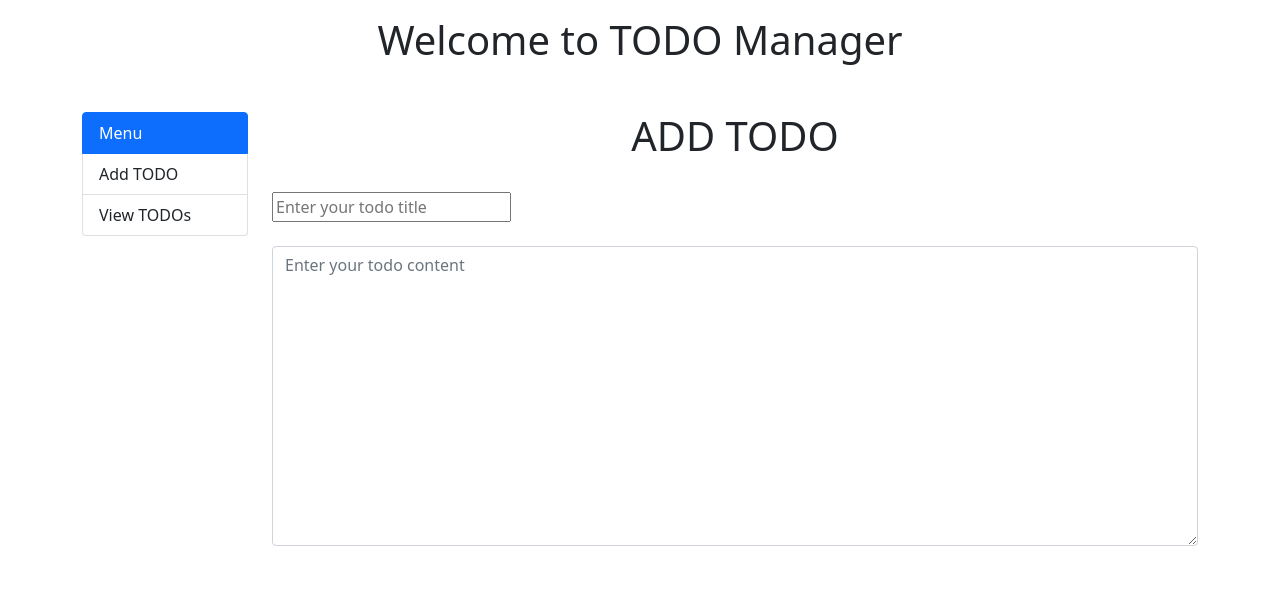
Repository: Tanmoy4672/Hibernate
Page: http://localhost/SpringMVCProject/add
An editor plug-in stored every save of this project. The page is shown before and after the next save, followed by the edit.
The browser window is 1280 px wide. The pictures show the whole page.
The page is served by Tomcat 9. Other server files are loaded and not shown.

Above is the page before, as saved 2021-12-20 00:13:03.

### SpringMVCProject/src/main/webapp/WEB-INF/pages/home.jsp
<%@ page language="java" contentType="text/html; charset=ISO-8859-1"
	pageEncoding="ISO-8859-1"%>

<%@ taglib prefix="form" uri="http://www.springframework.org/tags/form"%>
<%@ taglib uri="http://java.sun.com/jsp/jstl/core" prefix="c"%>
<%@page isELIgnored="false"%>
<!doctype html>
<html lang="en">
<head>
<!-- Required meta tags -->
<meta charset="utf-8">
<meta name="viewport" content="width=device-width, initial-scale=1">

<!-- Bootstrap CSS -->
<link
	href="https://cdn.jsdelivr.net/npm/bootstrap@5.0.2/dist/css/bootstrap.min.css"
	rel="stylesheet"
	integrity="sha384-EVSTQN3/azprG1Anm3QDgpJLIm9Nao0Yz1ztcQTwFspd3yD65VohhpuuCOmLASjC"
	crossorigin="anonymous">

<title><c:out value="${page }"></c:out></title>
</head>
<body>
	<div class="container mt-3">
		<h1 class="text-center">Welcome to TODO Manager</h1>
		<div class="row mt-5">

			<div class="col-md-2">
				<div class="list-group">
					<button type="button"
						class="list-group-item list-group-item-action active"
						aria-current="true">Menu</button>
					<a href="<c:url value='/add'></c:url>"
						class="list-group-item list-group-item-action">Add TODO</a> <a
						href="<c:url value='/home'></c:url>"
						class="list-group-item list-group-item-action">View TODOs</a>
				</div>
			</div>
			<div class="col-md-10">
				<c:if test="${page=='home' }">
					<h1 class="text-center">All TODOS</h1>
				</c:if>
				<c:if test="${page=='add' }">
					<h1 class="text-center">ADD TODO</h1>
					<br>
					<form:form action="/saveTodo" method="POST" modelAttribute="todo">
						<div class="form-group">
							<form:input path="todoTitle" cssClass="from-control"
								placeholder="Enter your todo title" />
						</div>
						<br>
						<div class="form-group">
							<form:textarea path="todoContent" cssClass="form-control"
								cssStyle="height:300px;" placeholder="Enter your todo content" />
						</div>
					</form:form>
				</c:if>


			</div>
		</div>
	</div>


















	<!-- Optional JavaScript; choose one of the two! -->

	<!-- Option 1: Bootstrap Bundle with Popper -->
	<script
		src="https://cdn.jsdelivr.net/npm/bootstrap@5.0.2/dist/js/bootstrap.bundle.min.js"
		integrity="sha384-MrcW6ZMFYlzcLA8Nl+NtUVF0sA7MsXsP1UyJoMp4YLEuNSfAP+JcXn/tWtIaxVXM"
		crossorigin="anonymous"></script>

	<!-- Option 2: Separate Popper and Bootstrap JS -->

	<script
		src="https://cdn.jsdelivr.net/npm/@popperjs/core@2.9.2/dist/umd/popper.min.js"
		integrity="sha384-IQsoLXl5PILFhosVNubq5LC7Qb9DXgDA9i+tQ8Zj3iwWAwPtgFTxbJ8NT4GN1R8p"
		crossorigin="anonymous"></script>
	<script
		src="https://cdn.jsdelivr.net/npm/bootstrap@5.0.2/dist/js/bootstrap.min.js"
		integrity="sha384-cVKIPhGWiC2Al4u+LWgxfKTRIcfu0JTxR+EQDz/bgldoEyl4H0zUF0QKbrJ0EcQF"
		crossorigin="anonymous"></script>

</body>
</html>

### SpringMVCProject/src/main/java/com/entities/Todo.java
package com.entities;

import java.util.Date;

public class Todo {

	private String todoTitle;
	private String todoContent;
	private Date todoDate;


	public Todo(String todoTitle, String todoContent, Date todoDate) {
		super();
		this.todoTitle = todoTitle;
		this.todoContent = todoContent;
		this.todoDate = todoDate;
	}




	public Todo() {
		super();
		// TODO Auto-generated constructor stub
	}




	public String getTodoTitle() {
		return todoTitle;
	}


	public void setTodoTitle(String todoTitle) {
		this.todoTitle = todoTitle;
	}


	public String getTodoContent() {
		return todoContent;
	}


	public void setTodoContent(String todoContent) {
		this.todoContent = todoContent;
	}


	public Date getTodoDate() {
		return todoDate;
	}


	public void setTodoDate(Date todoDate) {
		this.todoDate = todoDate;
	}


	@Override
	public String toString() {
		// TODO Auto-generated method stub
		return this.getTodoTitle()+":"+this.todoContent;
	}


}

After the next save:
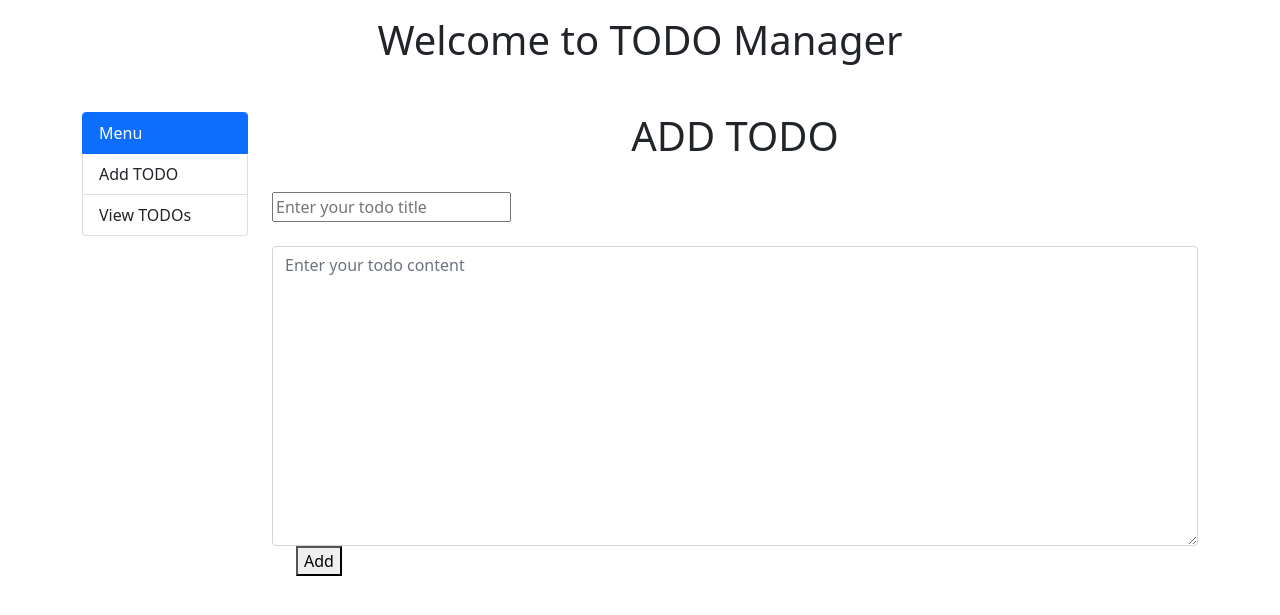
Saved 55 s later.
--- a/SpringMVCProject/src/main/webapp/WEB-INF/pages/home.jsp
+++ b/SpringMVCProject/src/main/webapp/WEB-INF/pages/home.jsp
@@ -53,6 +53,10 @@
 							<form:textarea path="todoContent" cssClass="form-control"
 								cssStyle="height:300px;" placeholder="Enter your todo content" />
 						</div>
+
+						<div class="container">
+							<button>Add</button>
+						</div>
 					</form:form>
 				</c:if>
 
